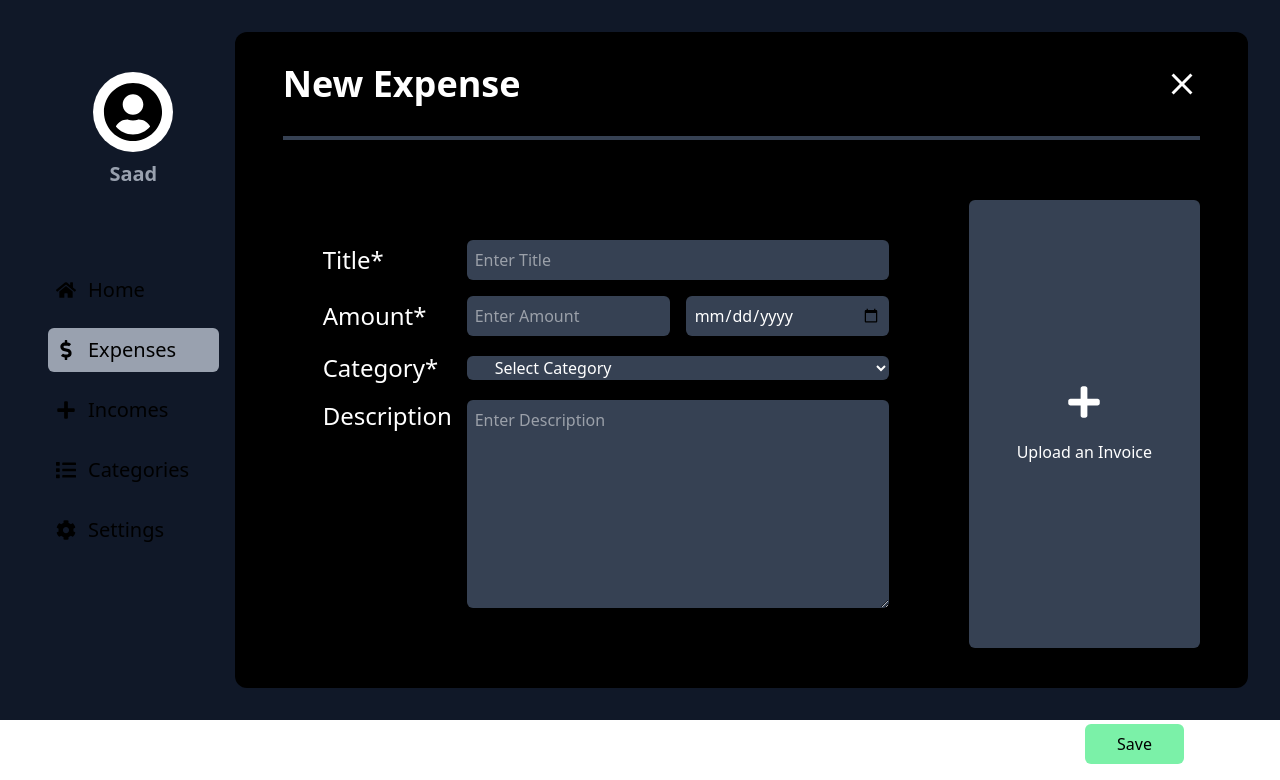
Repository: saad-naveed-brainx/Expense
Page: /expenses
An editor plug-in stored every save of this project. The page is shown before and after the next save, followed by the edit.
The browser window is 1280 px wide. The pictures show the whole page.
The project was rebuilt for these pictures with package versions that can differ from the ones it lists, and the page was loaded fresh each time. Also part of the build but not shown: vite.config.js, src/components/LandingPage.jsx, src/components/NotUsed.jsx.

Above is the page before, as saved 2025-09-04 17:37:28.

After the next save:
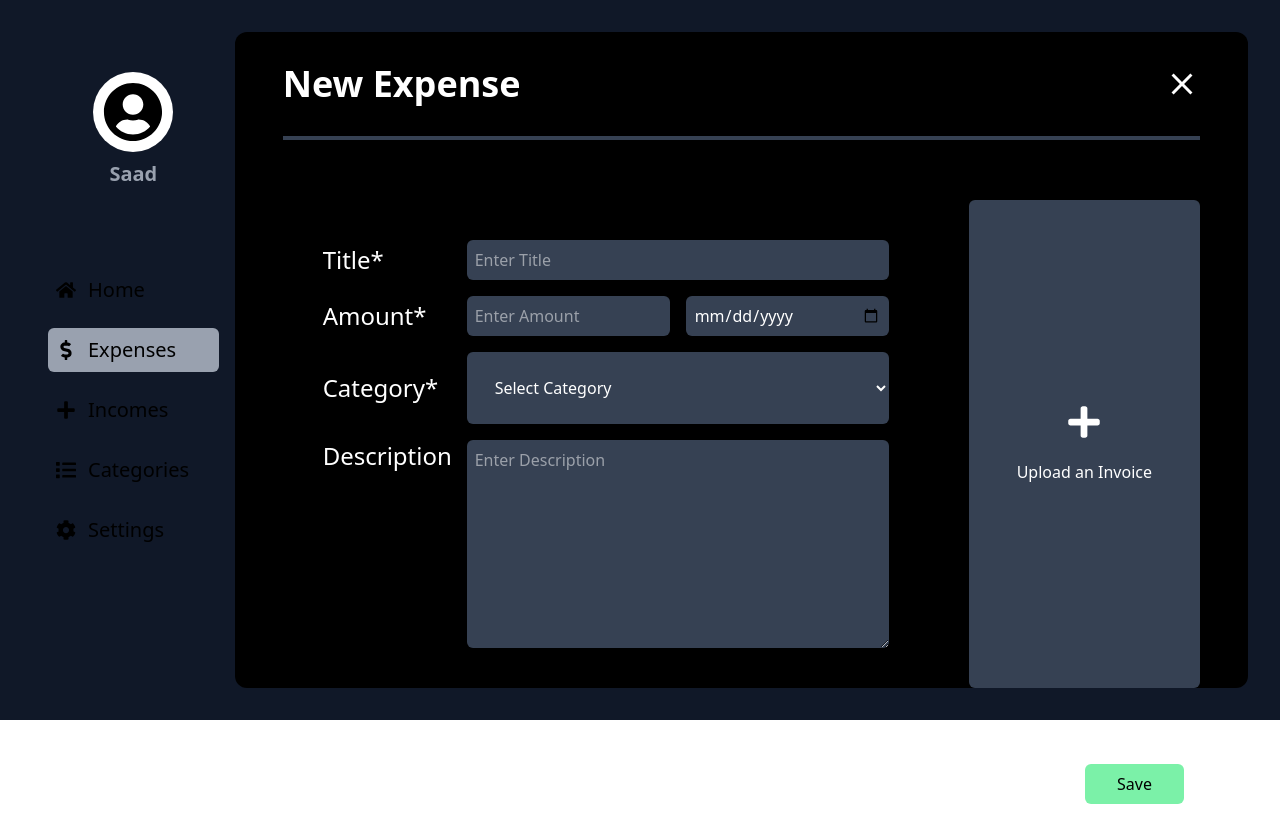
Saved 9 s later.
--- a/src/components/Expenses.jsx
+++ b/src/components/Expenses.jsx
@@ -46,7 +46,7 @@ export default function Expenses() {
             </div>
             <div className='flex gap-4 items-center'>
               <h1 className='text-2xl w-32 shrink-0'>Category*</h1>
-              <select placeholder='Select Category' className='bg-gray-700 rounded-md px-6 flex-1 min-w-0' {...register("category", {required:true})}>
+              <select placeholder='Select Category' className='bg-gray-700 rounded-md p-6 flex-1 min-w-0' {...register("category", {required:true})}>
                 <option className='text-gray-400' value="select">Select Category</option>
                 <option value="food">Food</option>
                 <option value="transport">Transport</option>
